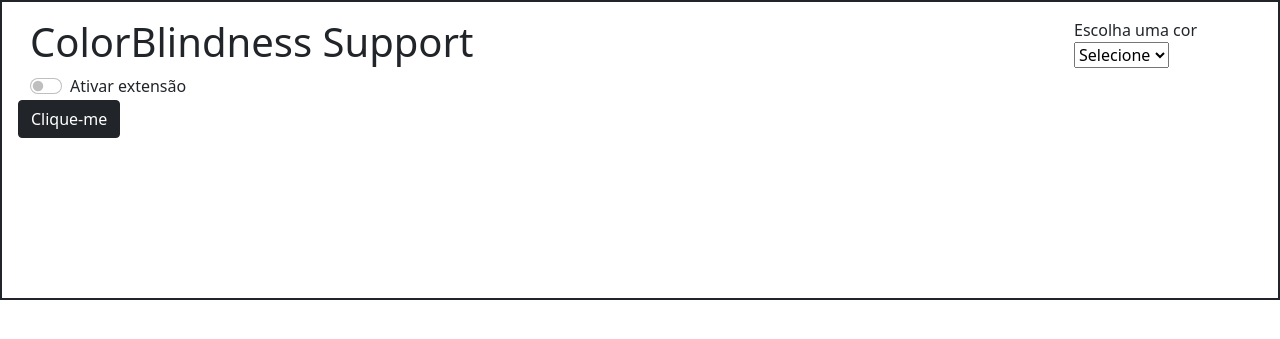
Repository: pedrosiqueira/daltonchrome
Page: popup.html
An editor plug-in stored every save of this project. The page is shown before and after the next save, followed by the edit.
The browser window is 1280 px wide. The pictures show the whole page.

Above is the page before, as saved 2022-06-17 12:56:53.

After the next save:
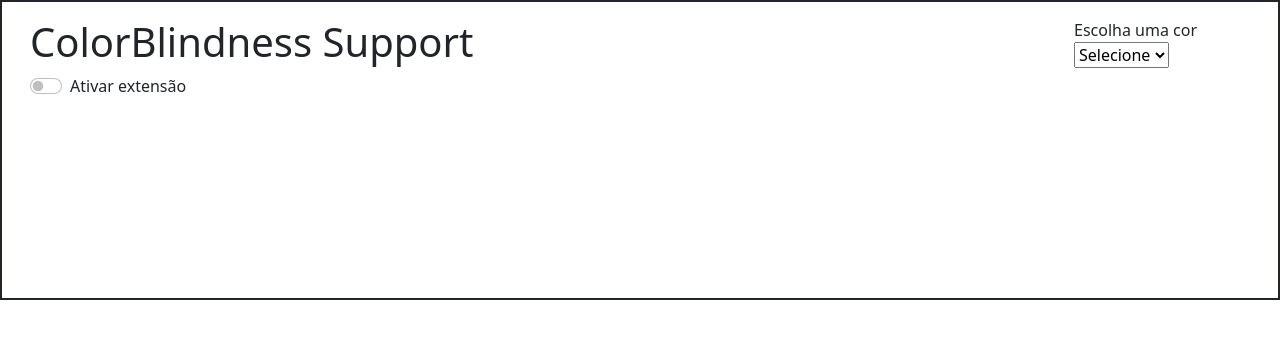
Saved 52 s later.
--- a/popup.html
+++ b/popup.html
@@ -18,9 +18,11 @@
             <label class="form-check-label" for="flexSwitchCheckChecked" id="MeuSwitch">Ativar extensão</label>
         </div>
 
+     <!--
         <button id="meubotao" type="button" class="btn row w-10 h-15 btn-dark">
             Clique-me
         </button>
+    -->
 
     </div>
 
